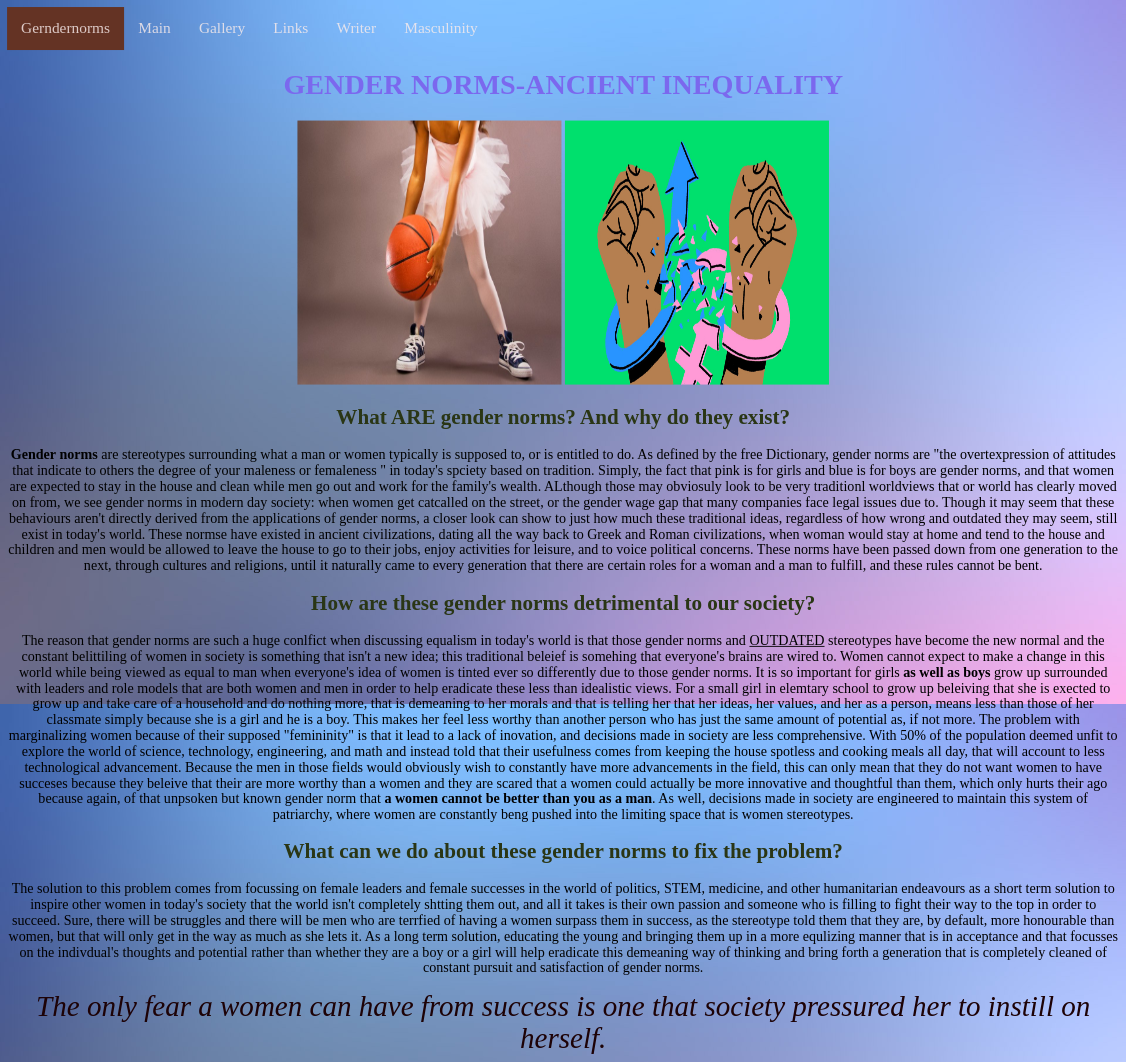
Repository: Lujaina-E/womens-rights-site
Page: gendernorms.html
These files come from the project's save history. The page is drawn as it stood at one moment and after the next save; the edit follows.
The browser window is 1280 px wide. The pictures show the whole page, at 88% of full size.
Backgrounds fixed to the window are drawn as part of the page.

Above is the page before, as saved 2022-07-26 00:06:16.

### gendernorms.html
<!DOCTYPE html>
<html lang="en">
    <head>
        <title>gendernorms</title>
            <link rel="stylesheet" type="text/css" href="gendernormsStyle.css"/>
    </head>

    <div class="topnav" id="myTopnav">
        <a href="gendernorms.html" class="active">Gerndernorms</a>
        <a href="index.html">Main</a>
        <a href="gallery.html">Gallery</a>
        <a href="links.html">Links</a>
        <a href="founder.html">Writer</a>
        <a href="masculinity.html">Masculinity</a>
        <a href="javascript:void(0);" class="icon" onclick="myFunction()">
            <i class="fa fa-bars"></i>
        </a>
    </div>
    <body>
        <h1 id="pageTitle">GENDER NORMS-ANCIENT INEQUALITY</h1>
            <img id="photoID" src="Pictures/ballerina.jpg" alt="Please stand by and restart the page while you experience this error.">
            <img id="photoID" src="Pictures/hands.jpg" alt="Please stand by and restart the page while you experience this error.">

            <h2 class="heads">What ARE gender norms? And why do they exist?</h2>
                <p><b>Gender norms</b> are stereotypes surrounding what a man or women typically is supposed to, or is entitled to do. As defined by the free Dictionary, gender norms are "the
                overtexpression of attitudes that indicate to others the degree of your maleness or femaleness " in today's spciety based on tradition. Simply, the fact that pink is for girls
                and blue is for boys are gender norms, and that women are expected to stay in the house and clean while men go out and work for the family's wealth. ALthough those may obviosuly
                look to be very traditionl worldviews that or world has clearly moved on from, we see gender norms in modern day society: when women get catcalled on the street, or the gender
                wage gap that many companies face legal issues due to. Though it may seem that these behaviours aren't directly derived from the applications of gender norms, a closer look can
                show to just how much these traditional ideas, regardless of how wrong and outdated they may seem, still exist in today's world. These normse have existed in ancient civilizations,
                dating all the way back to Greek and Roman civilizations, when woman would stay at home and tend to the house and children and men would be allowed to leave the house to go to
                their jobs, enjoy activities for leisure, and to voice political concerns. These norms have been passed down from one generation to the next, through cultures and religions, until
                it naturally came to every generation that there are certain roles for a woman and a man to fulfill, and these rules cannot be bent.</p>
            <h2 class="heads"> How are these gender norms detrimental to our society?</h2>
                <p>The reason that gender norms are such a huge conlfict when discussing equalism in today's world is that those gender norms and <U>OUTDATED</U> stereotypes have become the new normal
                and the constant belittiling of women in society is something that isn't a new idea; this traditional beleief is somehing that everyone's brains are wired to. Women cannot expect to
                make a change in this world while being viewed as equal to man when everyone's idea of women is tinted ever so differently due to those gender norms. It is so important for girls
                <b>as well as boys</b> grow up surrounded with leaders and role models that are both women and men in order to help eradicate these less than idealistic views. For a small girl
                in elemtary school to grow up beleiving that she is exected to grow up and take care of a household and do nothing more, that is demeaning to her morals and that is telling her
                that her ideas, her values, and her as a person, means less than those of her classmate simply because she is a girl and he is a boy. This makes her feel less worthy than another
                person who has just the same amount of potential as, if not more. The problem with marginalizing women because of their supposed "femininity" is that it lead to a lack of inovation,
                and decisions made in society are less comprehensive. With 50% of the population deemed unfit to explore the world of science, technology, engineering, and math and instead told that
                their usefulness comes from keeping the house spotless and cooking meals all day, that will account to less technological advancement. Because the men in those fields would obviously wish to
                constantly have more advancements in the field, this can only mean that they do not want women to have succeses because they beleive that their are more worthy than a women and they are scared
                that a women could actually be more innovative and thoughtful than them, which only hurts their ago because again, of that unpsoken but known gender norm that <b>a women cannot be better than
                you as a man</b>. As well, decisions made in society are engineered to maintain this system of patriarchy, where women are constantly beng pushed into the limiting space  that is women stereotypes.</p>
            <h2 class="heads">What can we do about these gender norms to fix the problem?</h2>
                <p>The solution to this problem comes from focussing on female leaders and female successes in the world of politics, STEM, medicine, and other humanitarian endeavours as a short term solution
                to inspire other women in today's society that the world isn't completely shtting them out, and all it takes is their own passion and someone who is filling to fight their way to the top in order
                to succeed. Sure, there will be struggles and there will be men who are terrfied of having a women surpass them in success, as the stereotype told them that they are, by default, more honourable than
                women, but that will only get in the way as much as she lets it. As a long term solution, educating the young and bringing them up in a more equlizing manner that is in acceptance and that
                focusses on the indivdual's thoughts and potential rather than whether they are a boy or a girl will help eradicate this demeaning way of thinking and bring forth a generation that is completely cleaned of
                constant pursuit and satisfaction of gender norms.</p>

    <i>The only fear a women can have from success is one that society pressured her to instill on herself.</i>
    </body>
</html>

### gendernormsStyle.css
            body {
                font-family: Times New Roman;
                text-align: center;
                background-color: lavenderblush;
                background-image: url('Pictures/backdrop.jpg');
                background-repeat: no-repeat;
                background-position: center center;
                background-size: cover;
                background-attachment: fixed;
            }

            #pageTitle {
                 color: mediumslateblue;
            }

            #photoID {
                width: 300px;
                height: 300px;
            }

            .heads{
                color:rgb(42, 54, 21);
            }

            body > i{
                font-size: 33px;
                color: rgb(29, 2, 6);
            }

            .topnav {
                overflow: hidden;
              }

              .topnav a {
                float: left;
                display: block;
                color: rgba(247, 235, 235, 0.829);
                text-align: center;
                padding: 14px 16px;
                text-decoration: none;
                font-size: 17.5px;
              }

              .topnav a:hover {
                color: rgb(88, 26, 26);
              }

              .topnav a.active {
                background-color: #643324;
                color: rgba(247, 235, 235, 0.829);
              }

              .topnav .icon {
                display: none;
              }

                @media screen and (max-width: 600px) {
                    .topnav a:not(:first-child) {display: none;}
                    .topnav a.icon {
                    float: right;
                    display: block;
                    }
                }

                @media screen and (max-width: 600px) {
                    .topnav.responsive {position: relative;}
                    .topnav.responsive a.icon {
                    position: absolute;
                    right: 0;
                    top: 0;
                    }
                    .topnav.responsive a {
                    float: none;
                    display: block;
                    text-align: left;
                    }
                }

After the next save:
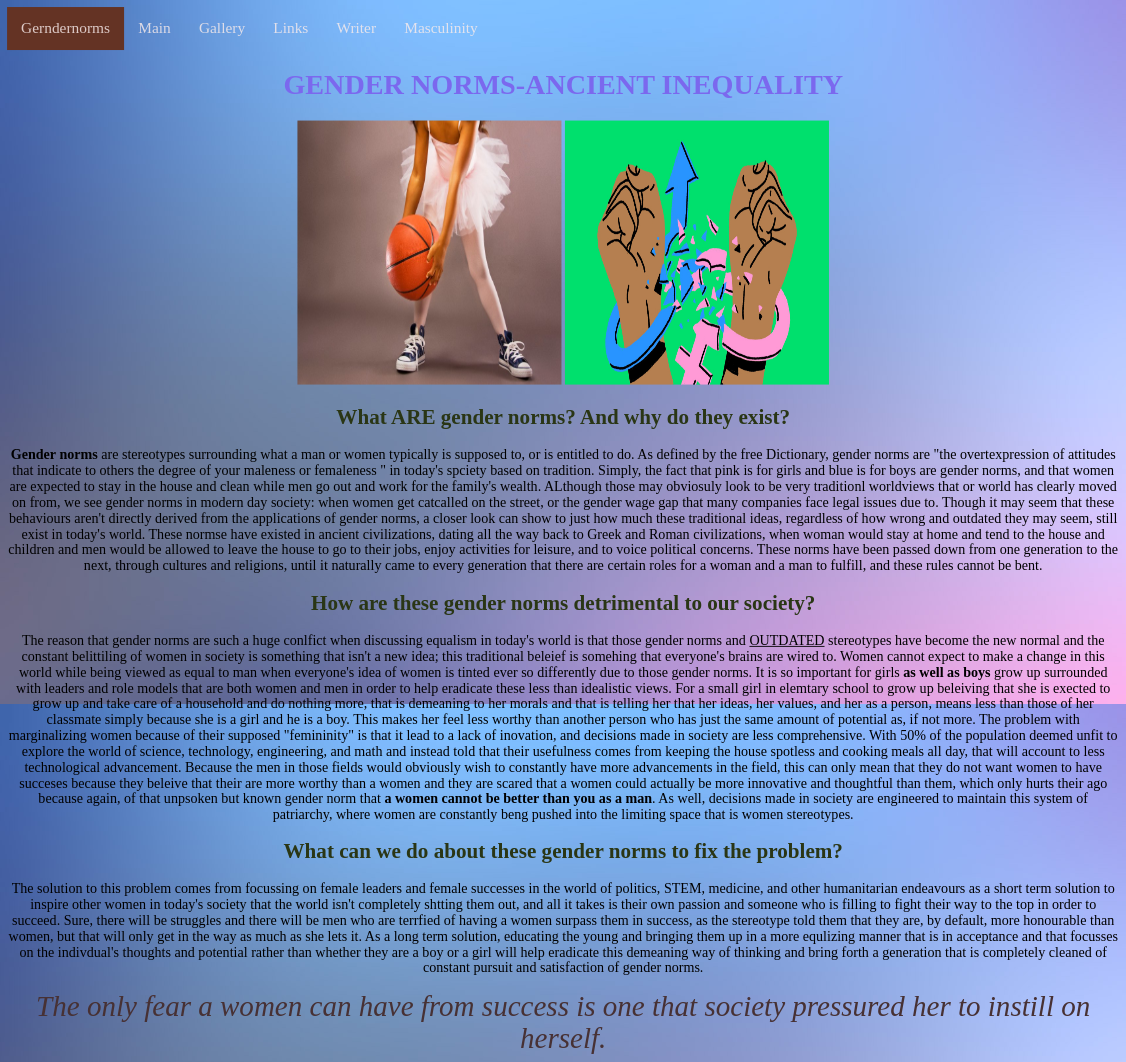
Saved 8 s later.
--- a/gendernormsStyle.css
+++ b/gendernormsStyle.css
@@ -24,7 +24,7 @@
 
             body > i{
                 font-size: 33px;
-                color: rgb(29, 2, 6);
+                color: rgb(71, 49, 52);
             }
 
             .topnav {
